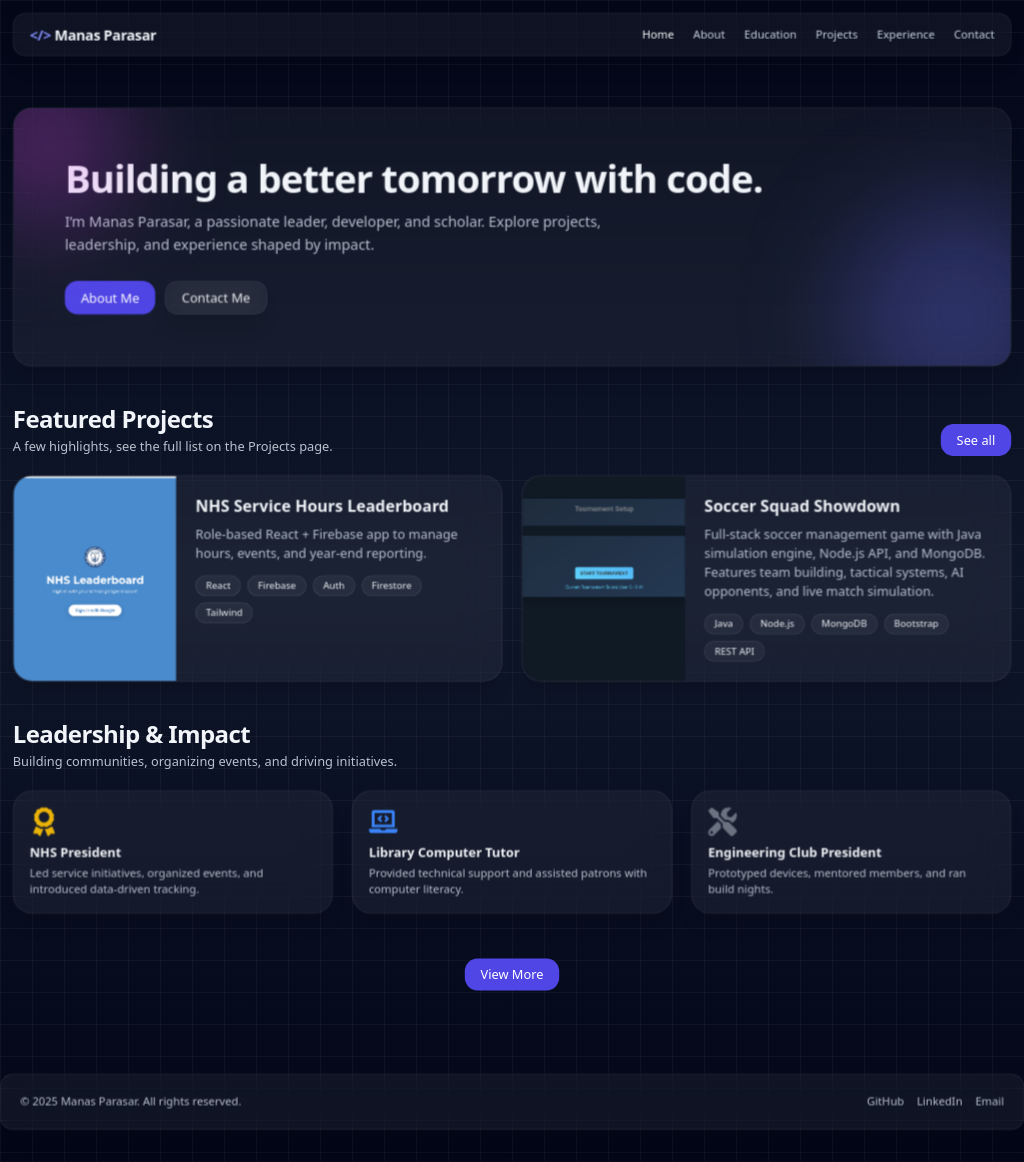
Repository: Manas-Parasar/portfolio-manas-parasar
Page: /
These files come from the project's save history. The page is drawn as it stood at one moment and after the next save; the edit follows.
The browser window is 1280 px wide. The pictures show the whole page, at 80% of full size.
The project was rebuilt for these pictures with package versions that can differ from the ones it lists, and the page was loaded fresh each time. Also part of the build but not shown: vite.config.js, src/pages/About.jsx, src/pages/Projects.jsx, src/components/TimelineItem.jsx, src/pages/Experience.jsx, src/pages/Contact.jsx. Imported but missing from the stored project, and not drawn on this page: src/assets/Manas Parasar Resume.pdf.

Above is the page before, as saved 2025-10-12 23:14:53.

After the next save:
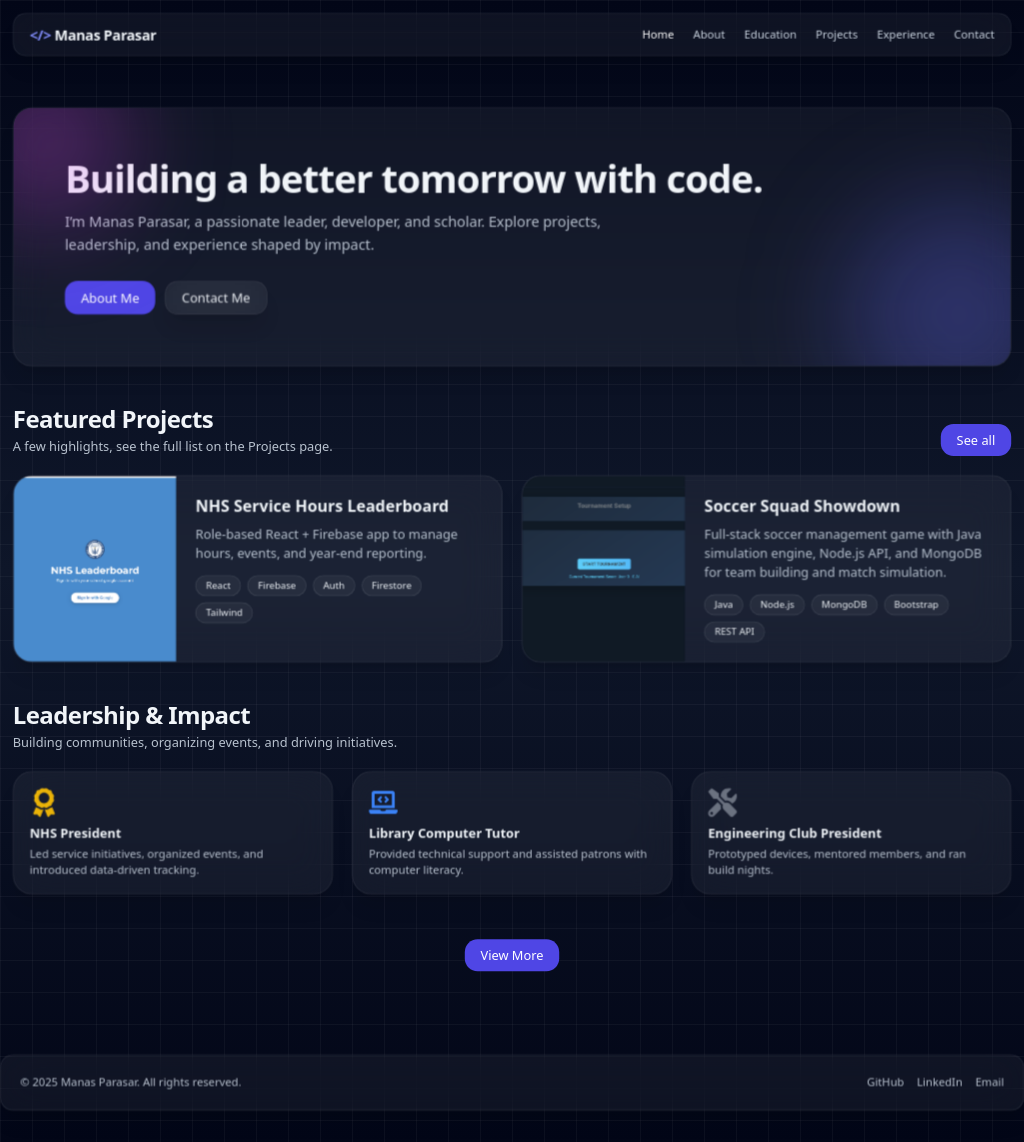
Saved 2 min 34 s later.
--- a/src/pages/Home.jsx
+++ b/src/pages/Home.jsx
@@ -29,7 +29,7 @@ export default function Home() {
           />
           <ProjectCard
             title="Soccer Squad Showdown"
-            desc="Full-stack soccer management game with Java simulation engine, Node.js API, and MongoDB. Features team building, tactical systems, AI opponents, and live match simulation."
+            desc="Full-stack soccer management game with Java simulation engine, Node.js API, and MongoDB for team building and match simulation."
             tags={["Java", "Node.js", "MongoDB", "Bootstrap", "REST API"]}
             link="https://github.com/Manas-Parasar/Soccer-Squad-Showdown"
             img={soccerSquadShowdownScreenshot}
